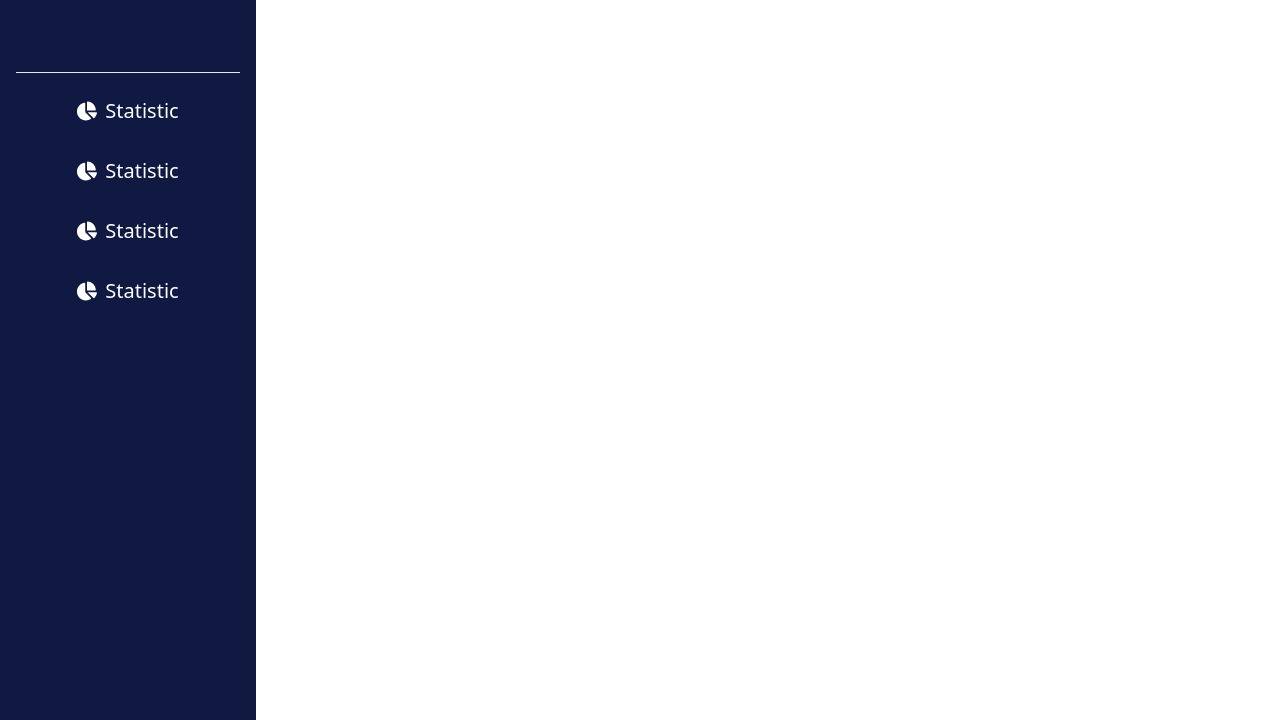
Repository: huynhvanngoan/COMP1640FE-Template
Page: /admin
An editor plug-in stored every save of this project. The page is shown before and after a run of saves, followed by the edit.
The browser window is 1280 px wide. The pictures show the whole page.
The project was rebuilt for these pictures with package versions that can differ from the ones it lists, and the page was loaded fresh each time. Also part of the build but not shown: src/components/buttonStyles.js, src/pages/LoginPage.jsx, src/pages/admin/AdminDashboard.jsx, src/pages/student/StudentDashboard.jsx, src/pages/department/DepartmentDashboard.jsx, src/pages/marketing/MarketingDashboard.jsx, src/pages/guest/GuestDashboard.jsx.

Above is the page before, as saved 2024-03-24 00:57:48.

After the next 3 saves:
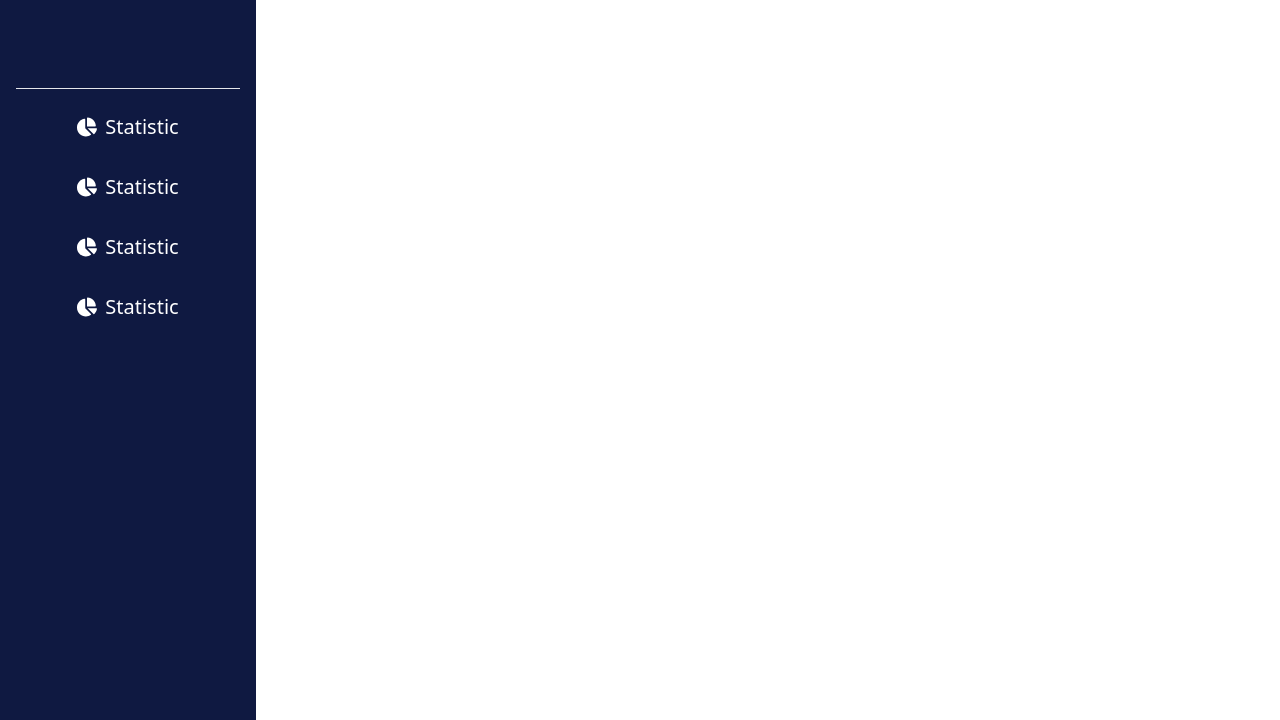
The 3 saves are shown as one change because they came seconds apart.
The last was saved 16 s later.
--- a/src/pages/admin/Sidebar.js
+++ b/src/pages/admin/Sidebar.js
@@ -6,7 +6,7 @@
   return (
     <div className='fixed left-0 top-0 w-64 h-full bg-[#0f1941] p-4 pt-14'>
         <div className='flex items-center'>
-          <ul className='mt-4 border-t pt-4 w-full'>
+          <ul className='mt-8 border-t pt-4 w-full'>
             <li className='mb-4'>
               <Link to="#" className='flex w-full rounded-md justify-center items-center space-x-2 text-white px-4 py-2 text-xl hover:bg-[#080e24] '>
                 <FaChartPie />

After the save that followed:
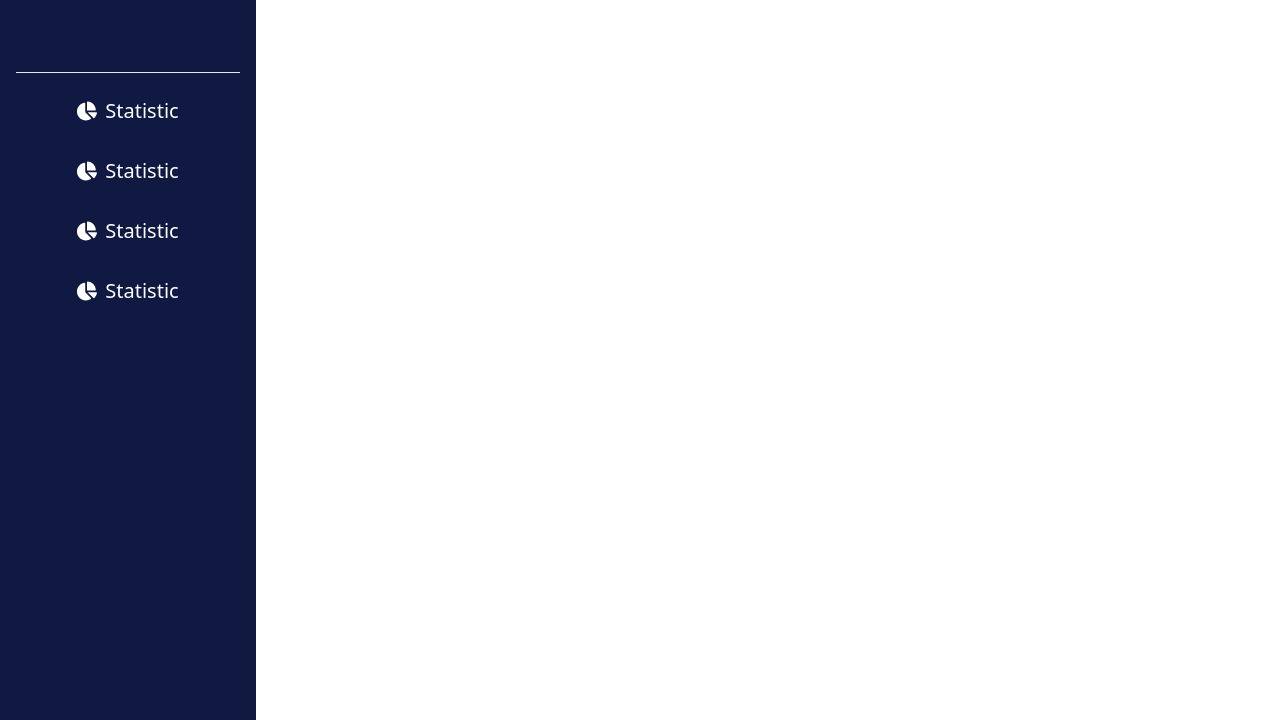
Saved 7 s later.
--- a/src/pages/admin/Sidebar.js
+++ b/src/pages/admin/Sidebar.js
@@ -6,7 +6,7 @@
   return (
     <div className='fixed left-0 top-0 w-64 h-full bg-[#0f1941] p-4 pt-14'>
         <div className='flex items-center'>
-          <ul className='mt-8 border-t pt-4 w-full'>
+          <ul className='mt-4 border-t pt-4 w-full'>
             <li className='mb-4'>
               <Link to="#" className='flex w-full rounded-md justify-center items-center space-x-2 text-white px-4 py-2 text-xl hover:bg-[#080e24] '>
                 <FaChartPie />
